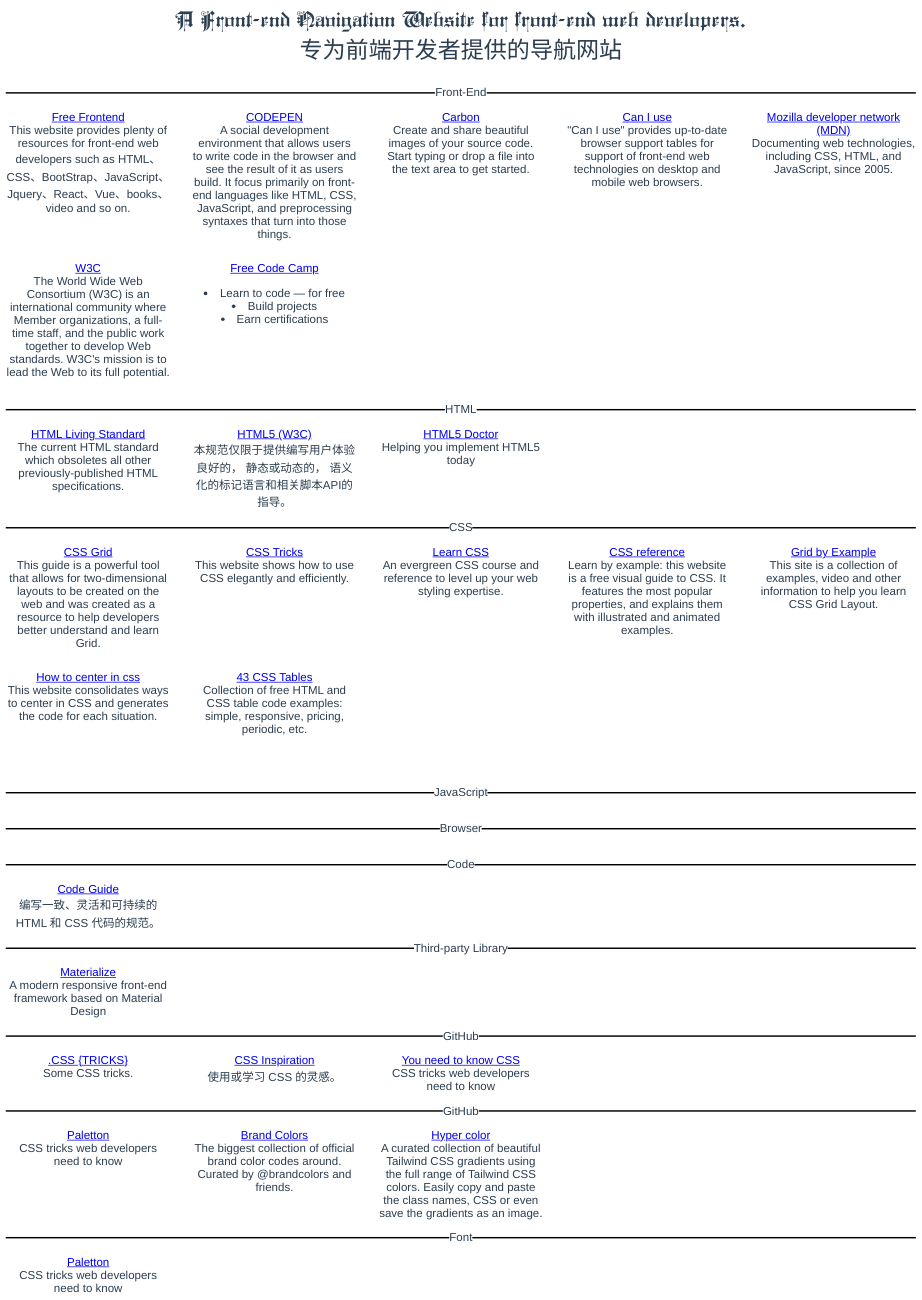
Repository: 321paranoiawhy/fenav.io
Page: /
The author's editor kept a copy of each file at every save. The page is drawn from the files as they stood at one save, then again after the next save.
The browser window is 1280 px wide. The pictures show the whole page, at 72% of full size.
The project was rebuilt for these pictures with package versions that can differ from the ones it lists, and the page was loaded fresh each time. Also part of the build but not shown: vue.config.js.

Above is the page before, as saved 2022-04-06 01:46:14.

### src/views/HomeView.vue
<template>
    <div class="englishTitle">
        A Front-end Navigation Website for front-end web developers.
    </div>
    <div class="chineseTitle">专为前端开发者提供的导航网站</div>
    <!-- Front-End -->
    <p class="divider">Front-End</p>
    <div id="frontend" class="main">
        <div class="card">
            <a class="url" href="https://freefrontend.com/">Free Frontend</a>
            <div class="description">
                This website provides plenty of resources for front-end web
                developers such as
                HTML、CSS、BootStrap、JavaScript、Jquery、React、Vue、books、video
                and so on.
            </div>
        </div>
        <div class="card">
            <a class="url" href="https://codepen.io/trending">CODEPEN</a>
            <div class="description">
                A social development environment that allows users to write code
                in the browser and see the result of it as users build. It focus
                primarily on front-end languages like HTML, CSS, JavaScript, and
                preprocessing syntaxes that turn into those things.
            </div>
        </div>
        <div class="card">
            <a class="url" href="https://carbon.now.sh/">Carbon</a>
            <div class="description">
                Create and share beautiful images of your source code. Start
                typing or drop a file into the text area to get started.
            </div>
        </div>
        <div class="card">
            <a class="url" href="https://caniuse.com/">Can I use</a>
            <div class="description">
                "Can I use" provides up-to-date browser support tables for
                support of front-end web technologies on desktop and mobile web
                browsers.
            </div>
        </div>
        <div class="card">
            <a class="url" href="https://developer.mozilla.org/zh-CN/"
                >Mozilla developer network (MDN)</a
            >
            <div class="description">
                Documenting web technologies, including CSS, HTML, and
                JavaScript, since 2005.
            </div>
        </div>
        <div class="card">
            <a class="url" href="https://www.w3.org/">W3C</a>
            <div class="description">
                The World Wide Web Consortium (W3C) is an international
                community where Member organizations, a full-time staff, and the
                public work together to develop Web standards. W3C's mission is
                to lead the Web to its full potential.
            </div>
        </div>
        <div class="card">
            <a class="url" href="https://www.freecodecamp.org/"
                >Free Code Camp</a
            >
            <div class="description">
                <ul>
                    <li>Learn to code — for free</li>
                    <li>Build projects</li>
                    <li>Earn certifications</li>
                </ul>
            </div>
        </div>
    </div>
    <!-- HTML -->
    <p class="divider">HTML</p>
    <div id="HTML" class="main">
        <div class="card">
            <a class="url" href="https://html.spec.whatwg.org/"
                >HTML Living Standard</a
            >
            <div class="description">
                The current HTML standard which obsoletes all other
                previously-published HTML specifications.
            </div>
        </div>
        <div class="card">
            <a class="url" href="https://www.w3.org/html/ig/zh/wiki/HTML5"
                >HTML5 (W3C)</a
            >
            <div class="description">
                本规范仅限于提供编写用户体验良好的， 静态或动态的，
                语义化的标记语言和相关脚本API的指导。
            </div>
        </div>
        <div class="card">
            <a class="url" href="http://html5doctor.com/">HTML5 Doctor</a>
            <div class="description">Helping you implement HTML5 today</div>
        </div>
    </div>
    <!-- CSS -->
    <p class="divider">CSS</p>
    <div id="CSS" class="main">
        <div id="grid" class="card">
            <a class="url" href="https://learncssgrid.com/">CSS Grid</a>
            <div class="description">
                This guide is a powerful tool that allows for two-dimensional
                layouts to be created on the web and was created as a resource
                to help developers better understand and learn Grid.
            </div>
        </div>
        <div id="tricks" class="card">
            <a class="url" href="https://css-tricks.com/">CSS Tricks</a>
            <div class="description">
                This website shows how to use CSS elegantly and efficiently.
            </div>
        </div>
        <div id="learn" class="card">
            <a class="url" href="https://web.dev/learn/css/">Learn CSS</a>
            <div class="description">
                An evergreen CSS course and reference to level up your web
                styling expertise.
            </div>
        </div>
        <div id="reference" class="card">
            <a class="url" href="https://cssreference.io/">CSS reference</a>
            <div class="description">
                Learn by example: this website is a free visual guide to CSS. It
                features the most popular properties, and explains them with
                illustrated and animated examples.
            </div>
        </div>
        <div id="grid" class="card">
            <a class="url" href="https://gridbyexample.com/">Grid by Example</a>
            <div class="description">
                This site is a collection of examples, video and other
                information to help you learn CSS Grid Layout.
            </div>
        </div>
        <div id="center in css" class="card">
            <a class="url" href="http://howtocenterincss.com/"
                >How to center in css</a
            >
            <div class="description">
                This website consolidates ways to center in CSS and generates
                the code for each situation.
            </div>
        </div>
        <div id="table" class="card">
            <a
                class="url"
                href="https://freefrontend.com/css-tables/#pricing-tables"
                >43 CSS Tables</a
            >
            <div class="description">
                Collection of free HTML and CSS table code examples: simple,
                responsive, pricing, periodic, etc.
            </div>
        </div>
    </div>
    <!-- JavaScript -->
    <p class="divider">JavaScript</p>
    <div id="JavaScript" class="main"></div>
    <!-- Browser -->
    <p class="divider">Browser</p>
    <div id="Browser" class="main"></div>
    <!-- Code -->
    <p class="divider">Code</p>
    <div id="Code" class="main">
        <div class="card">
            <a class="url" href="https://codeguide.bootcss.com/">Code Guide</a>
            <div class="description">
                编写一致、灵活和可持续的 HTML 和 CSS 代码的规范。
            </div>
        </div>
    </div>
    <!-- Third-party Library -->
    <p class="divider">Third-party Library</p>
    <div id="Code" class="main">
        <div id="tricks" class="card">
            <a class="url" href="https://materializecss.com/">Materialize</a>
            <div class="description">
                A modern responsive front-end framework based on Material Design
            </div>
        </div>
    </div>
    <!-- GitHub -->
    <p class="divider">GitHub</p>
    <div id="GitHub" class="main">
        <div id="tricks" class="card">
            <a class="url" href="https://github.com/QiShaoXuan/css_tricks"
                >.CSS {TRICKS}</a
            >
            <div class="description">Some CSS tricks.</div>
        </div>
        <div id="Inspiration" class="card">
            <a class="url" href="https://github.com/chokcoco/CSS-Inspiration"
                >CSS Inspiration</a
            >
            <div class="description">使用或学习 CSS 的灵感。</div>
        </div>
        <div id="" class="card">
            <a
                class="url"
                href="https://github.com/l-hammer/You-need-to-know-css"
                >You need to know CSS</a
            >
            <div class="description">
                CSS tricks web developers need to know
            </div>
        </div>
    </div>
    <!-- Color -->
    <p class="divider">GitHub</p>
    <div id="Code" class="main">
        <div class="card">
            <a
                class="url"
                href="https://paletton.com/#uid=1000u0kllllaFw0g0qFqFg0w0aF"
                >Paletton</a
            >
            <div class="description">
                CSS tricks web developers need to know
            </div>
        </div>
        <div class="card">
            <a class="url" href="http://brandcolors.net/">Brand Colors</a>
            <div class="description">
                The biggest collection of official brand color codes around.
                Curated by @brandcolors and friends.
            </div>
        </div>
        <div class="card">
            <a class="url" href="https://hypercolor.dev/">Hyper color</a>
            <div class="description">
                A curated collection of beautiful Tailwind CSS gradients using
                the full range of Tailwind CSS colors. Easily copy and paste the
                class names, CSS or even save the gradients as an image.
            </div>
        </div>
    </div>
    <!-- Font -->
    <p class="divider">Font</p>
    <div id="Font" class="main">
        <div id="" class="card">
            <a
                class="url"
                href="https://paletton.com/#uid=1000u0kllllaFw0g0qFqFg0w0aF"
                >Paletton</a
            >
            <div class="description">
                CSS tricks web developers need to know
            </div>
        </div>
    </div>
</template>

<script>
// @ is an alias to /src
export default {
    name: "Home",
    components: {},
};
</script>

<style scoped lang="scss">
@font-face {
    font-family: KingsCross;
    src: url(/public/fonts/KingsCross.ttf);
}
@font-face {
    font-family: NotoSansSC-Regular;
    src: url(/public/fonts/NotoSansSC-Regular.otf);
}
.englishTitle {
    font-family: KingsCross;
    font-size: 32px;
}
.chineseTitle {
    font-family: NotoSanSC-Regular;
    font-size: 32px;
    margin-bottom: 30px;
}
.main {
    display: grid;
    grid-template-columns: repeat(5, 1fr);
    grid-auto-rows: 1fr;
    grid-gap: 30px;
}
// 水平分割线 中间带文字
p {
    display: flex;
}
p:before,
p:after {
    content: "";
    flex: 1 1 0;
    border-bottom: 2px solid #000;
    margin: auto;
}
// ul
ul {
    padding: 0;
}
ul li {
    list-style-position: inside;
    text-align: center;
}
</style>

Loaded but not shown: public/index.html (common file); src/main.js (common file); src/App.vue (common file); src/router/index.js (common file); src/store/index.js (common file)

After the next save:
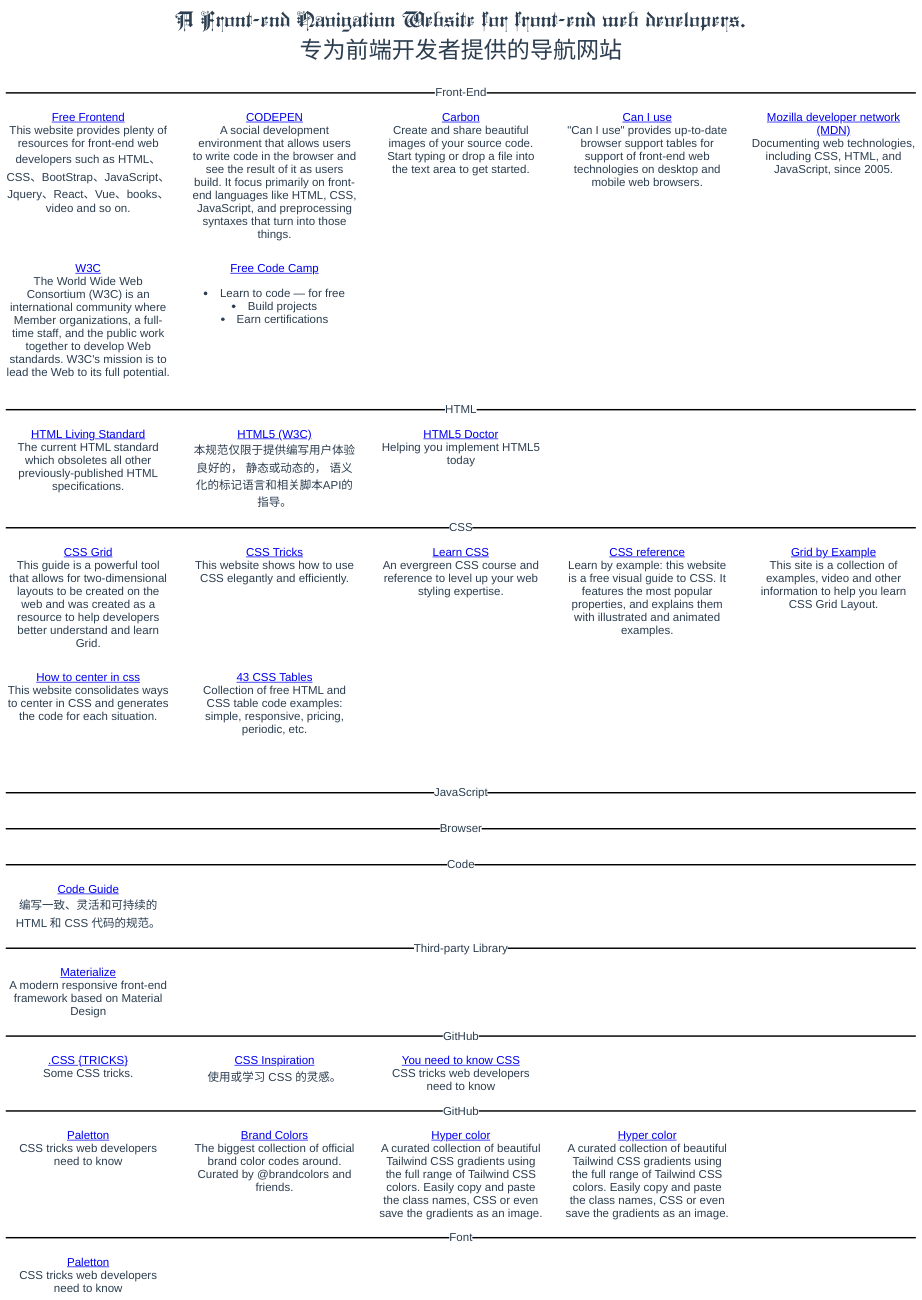
Saved 13 s later.
--- a/src/views/HomeView.vue
+++ b/src/views/HomeView.vue
@@ -226,6 +226,14 @@
             <div class="description">
                 The biggest collection of official brand color codes around.
                 Curated by @brandcolors and friends.
+            </div>
+        </div>
+        <div class="card">
+            <a class="url" href="https://hypercolor.dev/">Hyper color</a>
+            <div class="description">
+                A curated collection of beautiful Tailwind CSS gradients using
+                the full range of Tailwind CSS colors. Easily copy and paste the
+                class names, CSS or even save the gradients as an image.
             </div>
         </div>
         <div class="card">
